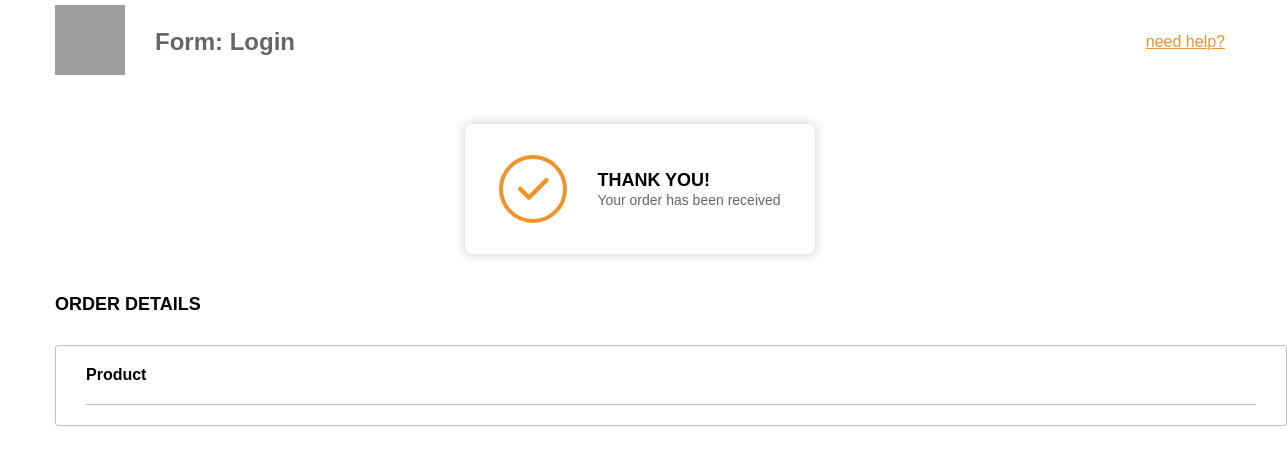
Repository: NguyenDucHung20002/project-homev1
Page: checkout/checkout.html
The author's editor kept a copy of each file at every save. The page is drawn from the files as they stood at one save, then again after the next save.
The browser window is 1280 px wide. The page is 1287 px wide, so the pictures cover 1287 px, including what lies to the right of the window. The pictures show the whole page.
Pictures or frames that could not be fetched are drawn as grey boxes. The style sheet was rebuilt from its Sass, Less or Tailwind sources for each picture, by a compiler version that may differ from the author's.

Above is the page before, as saved 2022-09-20 10:13:27.

### checkout/checkout.html
<!DOCTYPE html>
<html lang="en">

<head>
    <meta charset="UTF-8">
    <meta http-equiv="X-UA-Compatible" content="IE=edge">
    <meta name="viewport" content="width=device-width, initial-scale=1.0">
    <!-- <link rel="stylesheet" href="../reset.css"> -->
    <link rel="stylesheet" href="../fontawesome-free-6.1.2-web/css/all.min.css">
    <link rel="stylesheet" href="../dist/css/checkout.css">
    <title>Document</title>
    <link rel="icon" href="/icon/favicon.png">
</head>

<body>
    <header>
        <div class="header">
            <div class="container">
                <div class="header-right">
                    <a href="../homev1.html"><img
                            src="http://wp.0effortthemes.com/themes/veggie/wp-content/uploads/2016/06/header-v3-logo.png"
                            alt=""></a>
                    <h2 class="name-form">Form: Login</h2>
                </div>
                <div class="header-left">
                    <a href="" class="help">need help?</a>
                </div>
            </div>
        </div>
    </header>

    <div class="content">
        <div class="container">
            <div class="thank-you">
                <i class="fa-solid fa-check"></i>
                <div class="title">
                    <span><strong>THANK YOU!</strong></span><br>
                    <span>Your order has been received</span>
                </div>
            </div>
            <span class="title-order-details"><strong>ORDER DETAILS</strong></span>
            <div class="order-details">
                <span class="title-product"><strong>Product</strong></span>
            </div>
        </div>
    </div>

</body>

<script src="https://cdnjs.cloudflare.com/ajax/libs/jquery/3.6.0/jquery.min.js"
    integrity="sha512-894YE6QWD5I59HgZOGReFYm4dnWc1Qt5NtvYSaNcOP+u1T9qYdvdihz0PPSiiqn/+/3e7Jo4EaG7TubfWGUrMQ=="
    crossorigin="anonymous" referrerpolicy="no-referrer"></script>
<script src="./checkout.js"></script>

</html>

### checkout/checkout.js
// $(".btn-checkout").click((e) => {
//   e.preventDefault();
// });

### checkout/checkout.scss
* {
  font-family: "Poppins", sans-serif;
}
body {
  position: relative;
}
.container {
  margin: 0 auto;
  width: 1170px;
}
header {
  width: 100%;
  position: fixed;
  top: 0;
  left: 0;
  z-index: 10000;
  background-color: rgba(#ffffff, 0.8);
  .header {
    .container {
      display: flex;
      align-items: center;
      justify-content: space-between;
      padding: 5px;
      .header-right {
        display: flex;
        justify-content: flex-start;
        align-items: center;
        a {
          img {
            width: 70px;
            height: 70px;
          }
        }
        .name-form {
          color: #666;
          margin-left: 30px;
        }
      }
      .header-left {
        a {
          color: #f0932b;
        }
      }
    }
  }
}
.content {
  .container {
    background-color: #ffffff;
    margin-top: 84px;
    padding: 40px 0px;
    .thank-you {
      display: flex;
      align-items: center;
      justify-content: center;
      width: 350px;
      height: 130px;
      margin: 0 auto;
      border-radius: 8px;
      box-shadow: 0px 0px 10px 2px rgba(0, 0, 0, 0.15);
      i {
        color: #f0932b;
        text-align: center;
        line-height: 60px;
        width: 60px;
        height: 60px;
        border: 4px solid #f0932b;
        border-radius: 50%;
        font-size: 35px;
        font-weight: bold;
        margin-right: 30px;
      }
      .title {
        span {
          font-size: 14px;
          color: #666;
        }
        strong {
          color: black;
          font-size: 18px;
        }
      }
    }
    .title-order-details {
      display: inline-block;
      margin: 40px 0px 30px;
      color: black;
      font-size: 18px;
    }
    .order-details {
      width: 100%;
      border-radius: 3px;
      padding: 20px 30px;
      border: 0.5px solid rgba(0, 0, 0, 0.25);
      .title-product {
        display: inline-block;
        width: 100%;
        padding-bottom: 20px;
        border-bottom: 0.5px solid rgba(0, 0, 0, 0.25);
      }
    }
  }
}

Loaded but not shown: fontawesome-free-6.1.2-web/css/all.min.css (library)

After the next save:
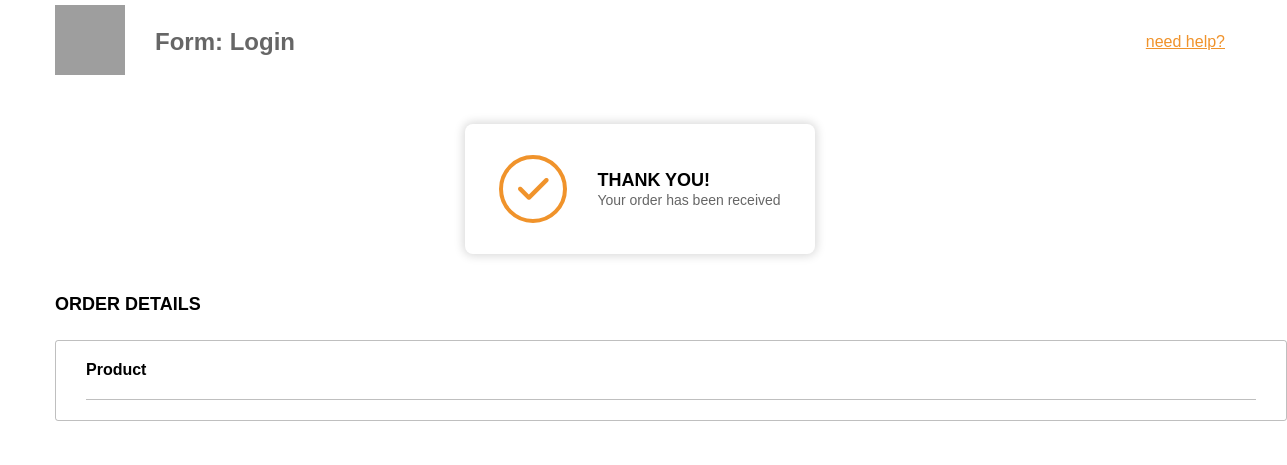
Saved 5 s later.
--- a/checkout/checkout.scss
+++ b/checkout/checkout.scss
@@ -83,7 +83,7 @@ header {
     }
     .title-order-details {
       display: inline-block;
-      margin: 40px 0px 30px;
+      margin: 40px 0px 25px;
       color: black;
       font-size: 18px;
     }
